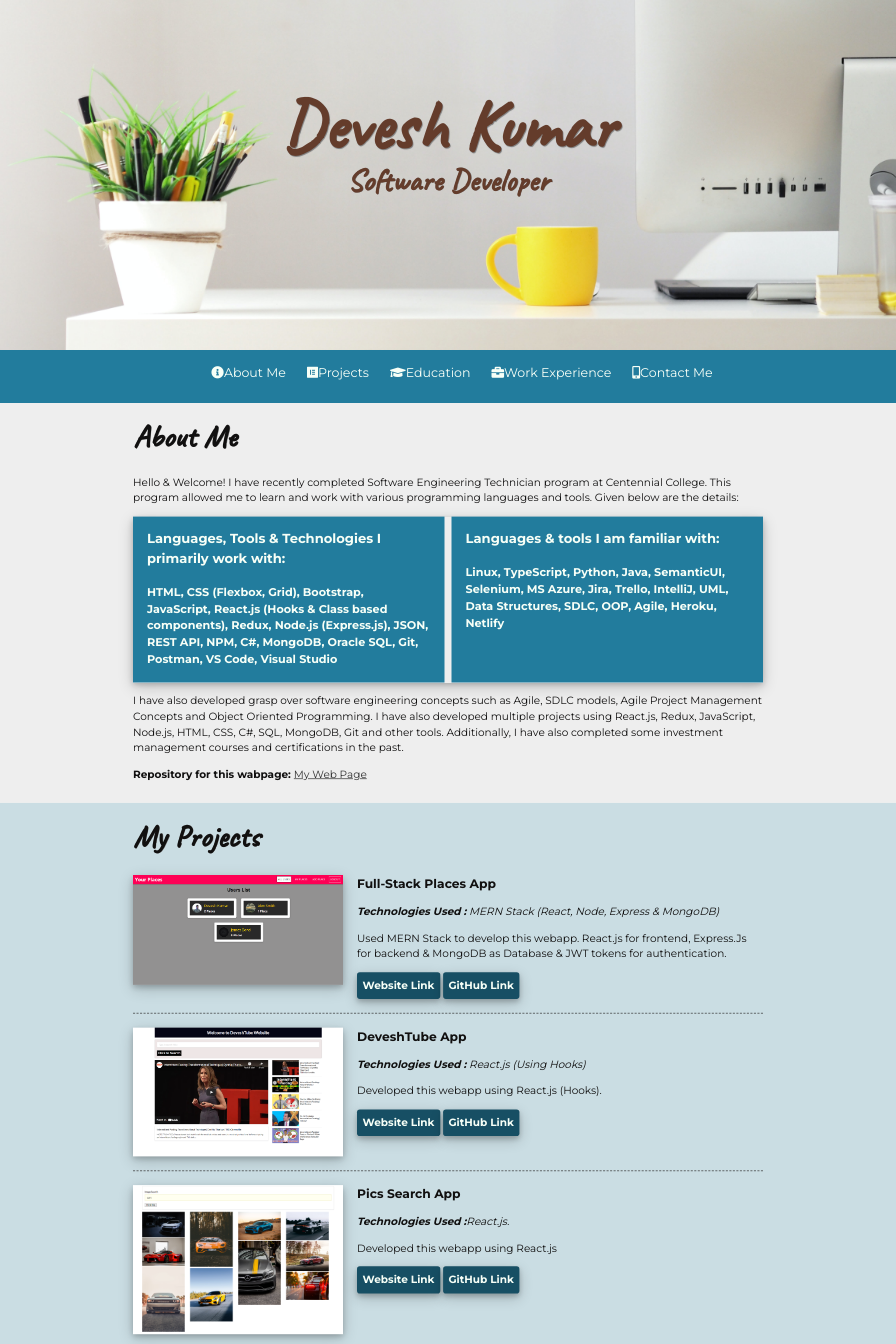
Repository: My-Web-Page/MyWebPage
Page: index.html
These files come from the project's save history. The page is drawn as it stood at one moment and after the next save; the edit follows.
The browser window is 1280 px wide. The pictures show the part of the page from y = 0 to 1920 px (the page is 5032 px tall), at 70% of full size.
Some web libraries are served in a nearby version.

Above is the page before, as saved 2021-09-07 13:38:21.

After the next save:
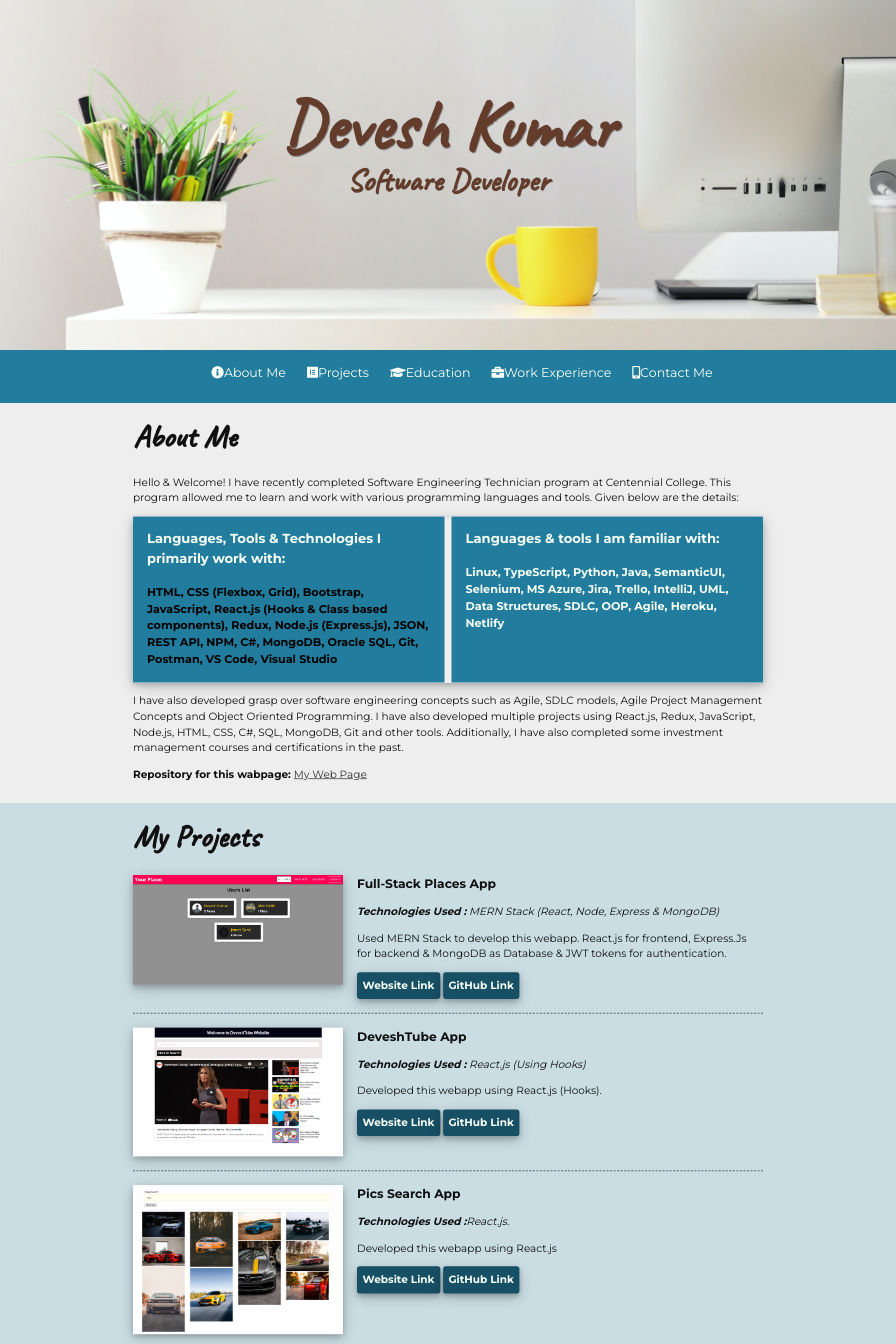
Saved 59 s later.
--- a/index.html
+++ b/index.html
@@ -52,7 +52,7 @@
                 <div class="grid-container">
                     <div class="grid-item">
                         <h3>Languages, Tools & Technologies I primarily work with:</h3>
-                        <h4> HTML, CSS (Flexbox, Grid), Bootstrap, JavaScript, React.js (Hooks & Class based components), Redux, Node.js (Express.js), JSON, REST API, NPM, C#, MongoDB, Oracle SQL, Git, Postman, VS Code, Visual Studio
+                        <h4 style="color: black;"> HTML, CSS (Flexbox, Grid), Bootstrap, JavaScript, React.js (Hooks & Class based components), Redux, Node.js (Express.js), JSON, REST API, NPM, C#, MongoDB, Oracle SQL, Git, Postman, VS Code, Visual Studio
                             </p>
                     </div>
 
